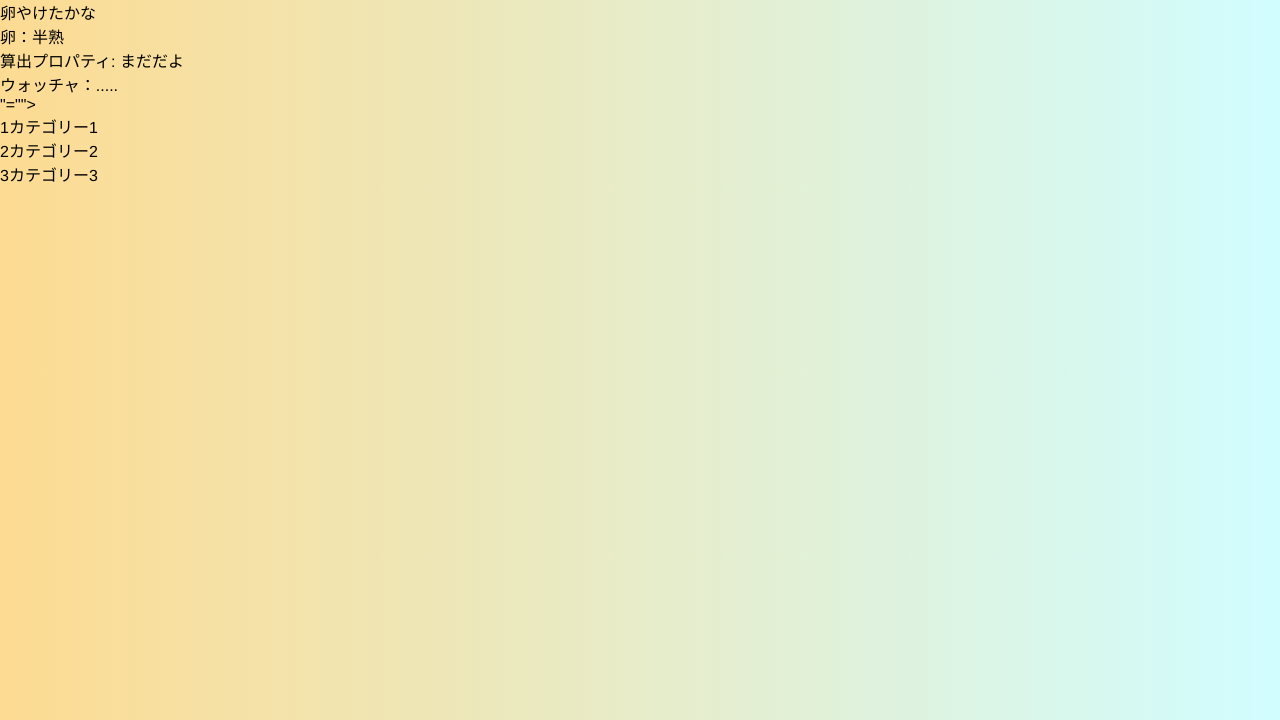
Repository: kawakami-masachika/js_test
Page: index.html
The author's editor kept a copy of each file at every save. The page is drawn from the files as they stood at one save, then again after the next save.
The browser window is 1280 px wide. The pictures show the whole page.

Above is the page before, as saved 2021-04-17 10:29:27.

After the next save:
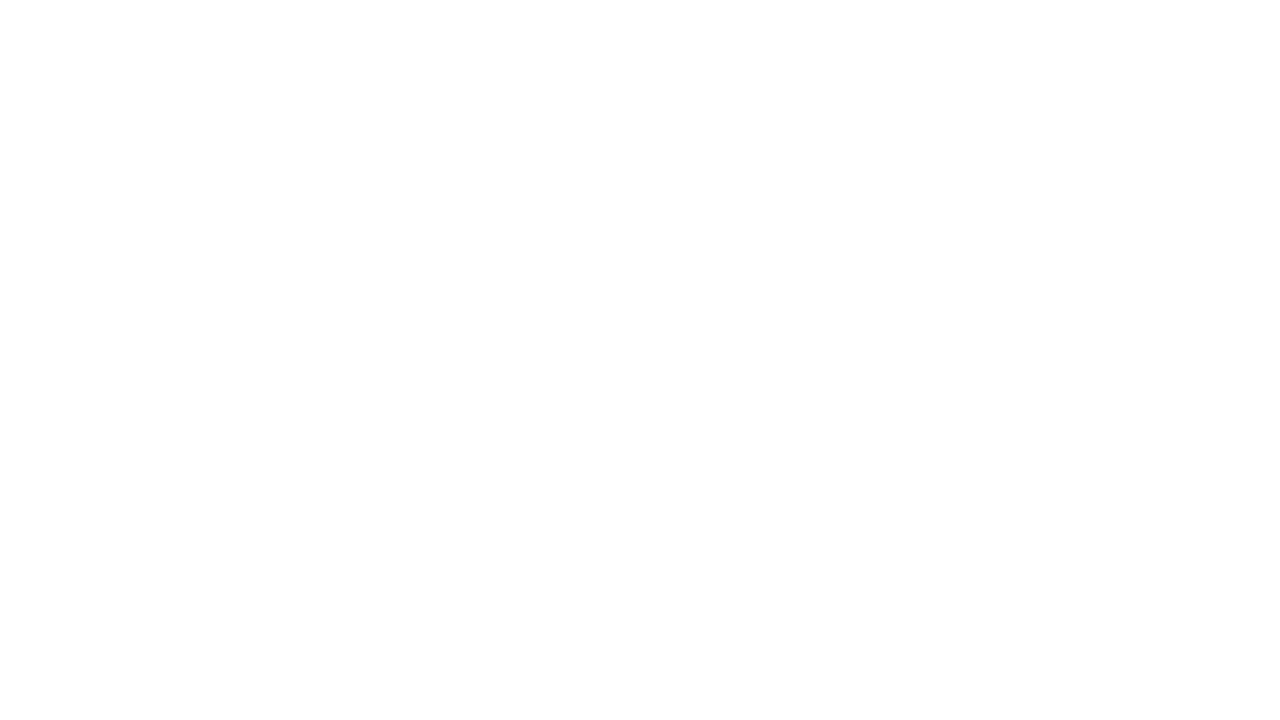
Saved 5 s later.
--- a/index.html
+++ b/index.html
@@ -14,7 +14,7 @@
     <div>卵：{{egg_status}}</div>
     <div>算出プロパティ: {{checkEgg}}</div>
     <p>ウォッチャ：{{message}}</p>
-    <button v-on="addMember()""></button>
+    <button v-on="addMember()"></button>
     <ul v-for="item in render_list"  v-bind:key="render_list.id" v-if="flg">
       <li>{{item.id}}{{item.category}}</li>
     </ul>

After the save that followed:
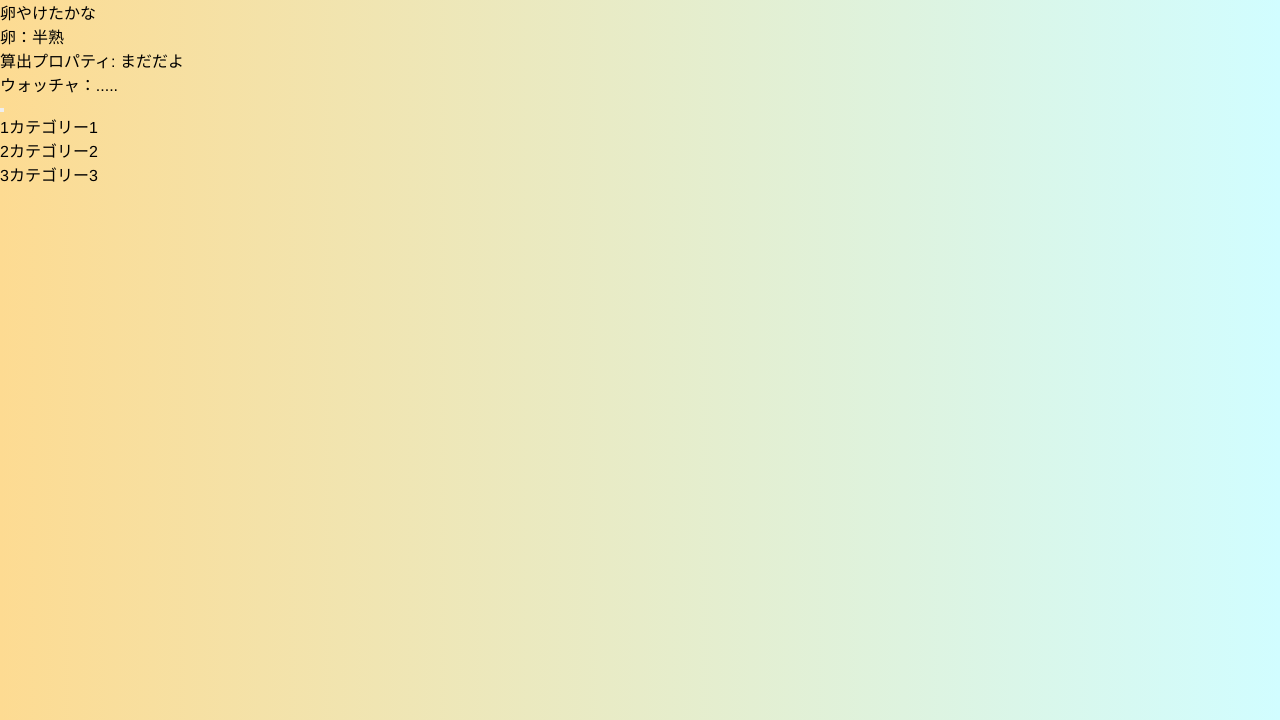
Saved 56 s later.
--- a/index.html
+++ b/index.html
@@ -14,7 +14,7 @@
     <div>卵：{{egg_status}}</div>
     <div>算出プロパティ: {{checkEgg}}</div>
     <p>ウォッチャ：{{message}}</p>
-    <button v-on="addMember()"></button>
+    <button v-on:click="addMember()"></button>
     <ul v-for="item in render_list"  v-bind:key="render_list.id" v-if="flg">
       <li>{{item.id}}{{item.category}}</li>
     </ul>
